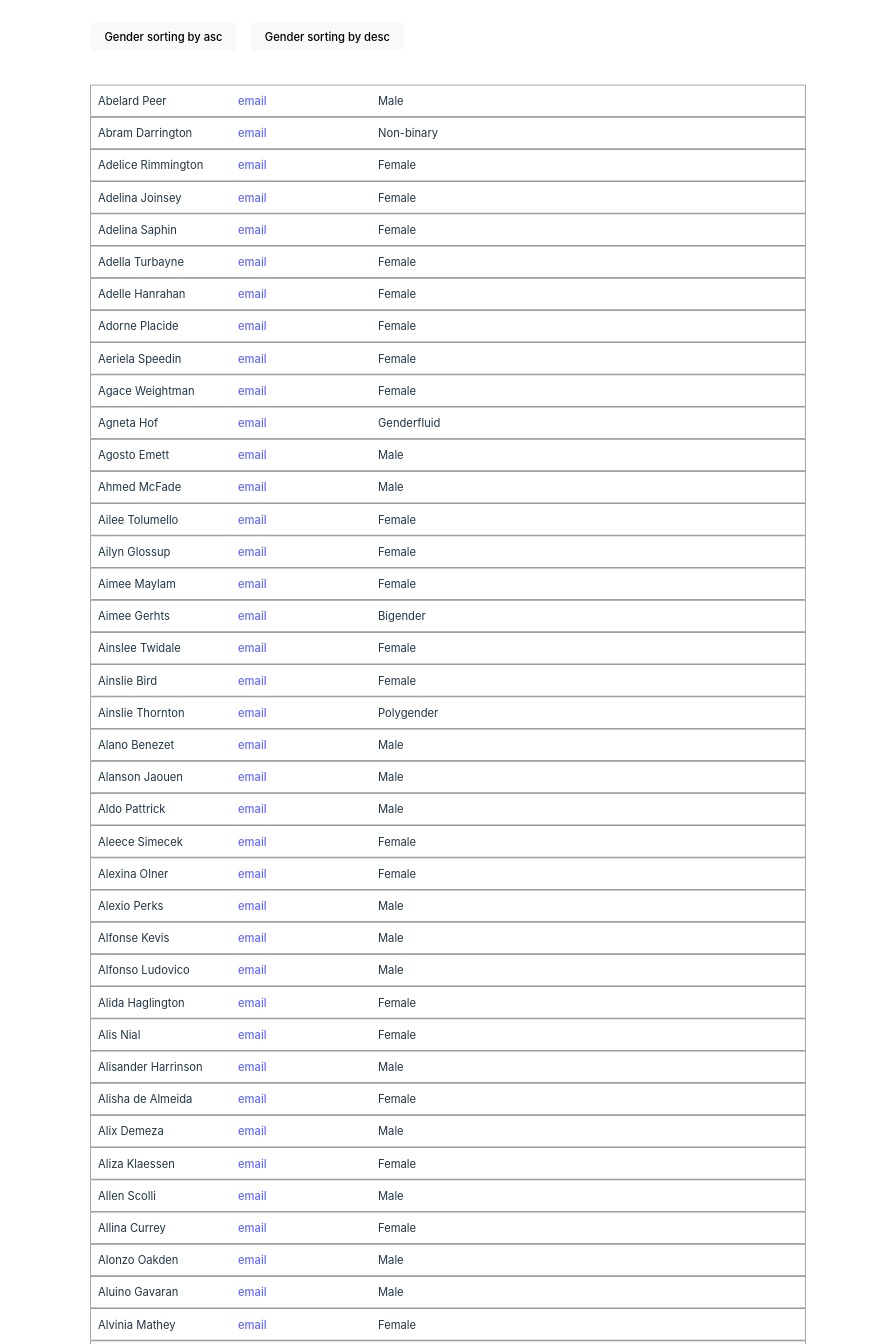
Repository: Kainar9292/sorting
Page: /
An editor plug-in stored every save of this project. The page is shown before and after the next save, followed by the edit.
The browser window is 1280 px wide. The pictures show the part of the page from y = 0 to 1920 px (the page is 46153 px tall), at 70% of full size.
The project was rebuilt for these pictures with package versions that can differ from the ones it lists, and the page was loaded fresh each time. Also part of the build but not shown: vite.config.js.

Above is the page before, as saved 2022-10-29 15:22:23.

### src/style.css
:root {
  font-family: Inter, Avenir, Helvetica, Arial, sans-serif;
  font-size: 16px;
  line-height: 24px;
  font-weight: 400;

  color-scheme: light dark;
  color: rgba(255, 255, 255, 0.87);
  background-color: #242424;

  font-synthesis: none;
  text-rendering: optimizeLegibility;
  -webkit-font-smoothing: antialiased;
  -moz-osx-font-smoothing: grayscale;
  -webkit-text-size-adjust: 100%;
}

a {
  font-weight: 500;
  color: #646cff;
  text-decoration: inherit;
}
a:hover {
  color: #535bf2;
}

a {
  font-weight: 500;
  color: #646cff;
  text-decoration: inherit;
}
a:hover {
  color: #535bf2;
}

body {
  margin: 0;
  display: flex;
  place-items: center;
  min-width: 320px;
  min-height: 100vh;
}

h1 {
  font-size: 3.2em;
  line-height: 1.1;
}

button {
  border-radius: 8px;
  border: 1px solid transparent;
  padding: 0.6em 1.2em;
  font-size: 1em;
  font-weight: 500;
  font-family: inherit;
  background-color: #1a1a1a;
  cursor: pointer;
  transition: border-color 0.25s;
}
button:hover {
  border-color: #646cff;
}
button:focus,
button:focus-visible {
  outline: 4px auto -webkit-focus-ring-color;
}

.card {
  padding: 2em;
}

#app {
  max-width: 1280px;
  margin: 0 auto;
  padding: 2rem;
  text-align: center;
}

@media (prefers-color-scheme: light) {
  :root {
    color: #213547;
    background-color: #ffffff;
  }
  a:hover {
    color: #747bff;
  }
  button {
    background-color: #f9f9f9;
  }
}

.users {
  display: flex;
  flex-direction: column;
}

.users_item {
  display: flex;
  width: 1000px;
  padding: 10px;
  justify-content: flex-start;
  border: 1px solid gray;
}

.users_item-name {
  display: flex;
  flex-basis: 200px;
}

.users_item-email {
  display: flex;
  flex-basis: 200px;
}

.users_button {
  display: flex;
}

.users_button button {
  margin-right: 20px;
}

### src/App.vue
<template>
  <Users/>
</template>

<script setup>
import Users from './components/Users.vue'
</script>

### src/components/Users.vue
<template>
  <div class="users_button">
    <button @click="sortingByField('gender')">Gender sorting by asc</button>

    <button @click="sortingByField('gender', 'desc')">
      Gender sorting by desc
    </button>
  </div>

  <br />
  <br />
  <div class="users">
    <div class="users_item" v-for="item in state.users">
      <div class="users_item-name">{{ item.first_name }} {{ item.last_name }}</div>
      <a class="users_item-email" href="mailto:{{item.email}}">email</a>
      <div>{{ item.gender }}</div>
      <!-- <br />
      <br /> -->
    </div>
  </div>
</template>

<script setup>
import { reactive } from 'vue';
import { users } from '../service/getUsers';

const state = reactive({
  users: [],
});

state.users = users;

function sortingByField(sortedField, sordetType) {
  state.users = state.users.sort((a, b) => {
    if (sordetType === 'desc') {
      return a[sortedField] < b[sortedField] ? 1 : -1;
    } else {
      return a[sortedField] > b[sortedField] ? 1 : -1;
    }
  });
}

sortingByField('first_name');
</script>

Loaded but not shown: index.html (common file); src/main.js (common file); src/service/getUsers.js (1000 lines, source omitted)

After the next save:
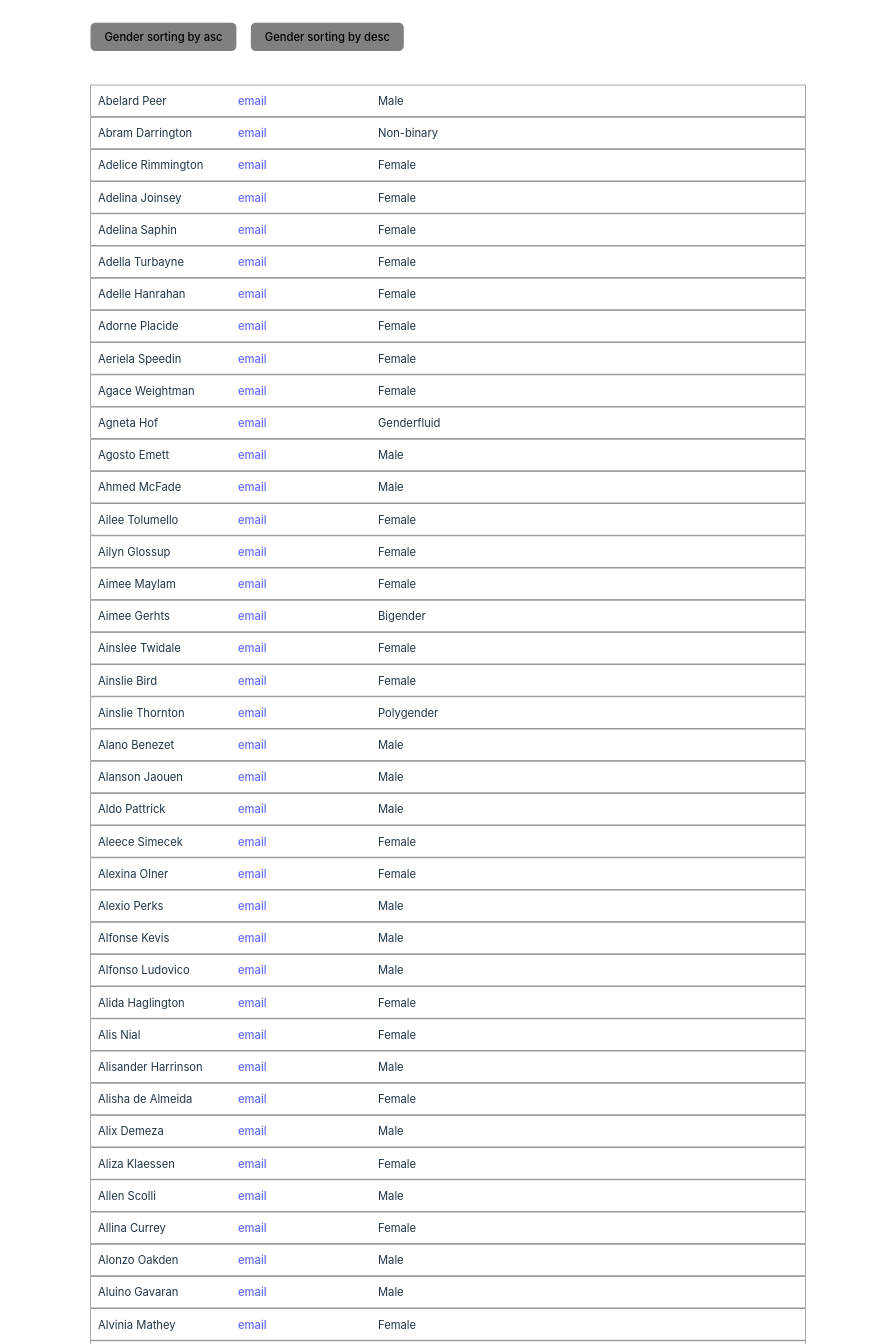
Saved 14 s later.
--- a/src/style.css
+++ b/src/style.css
@@ -118,4 +118,5 @@ button:focus-visible {
 
 .users_button button {
   margin-right: 20px;
+  background-color: gray;
 }
